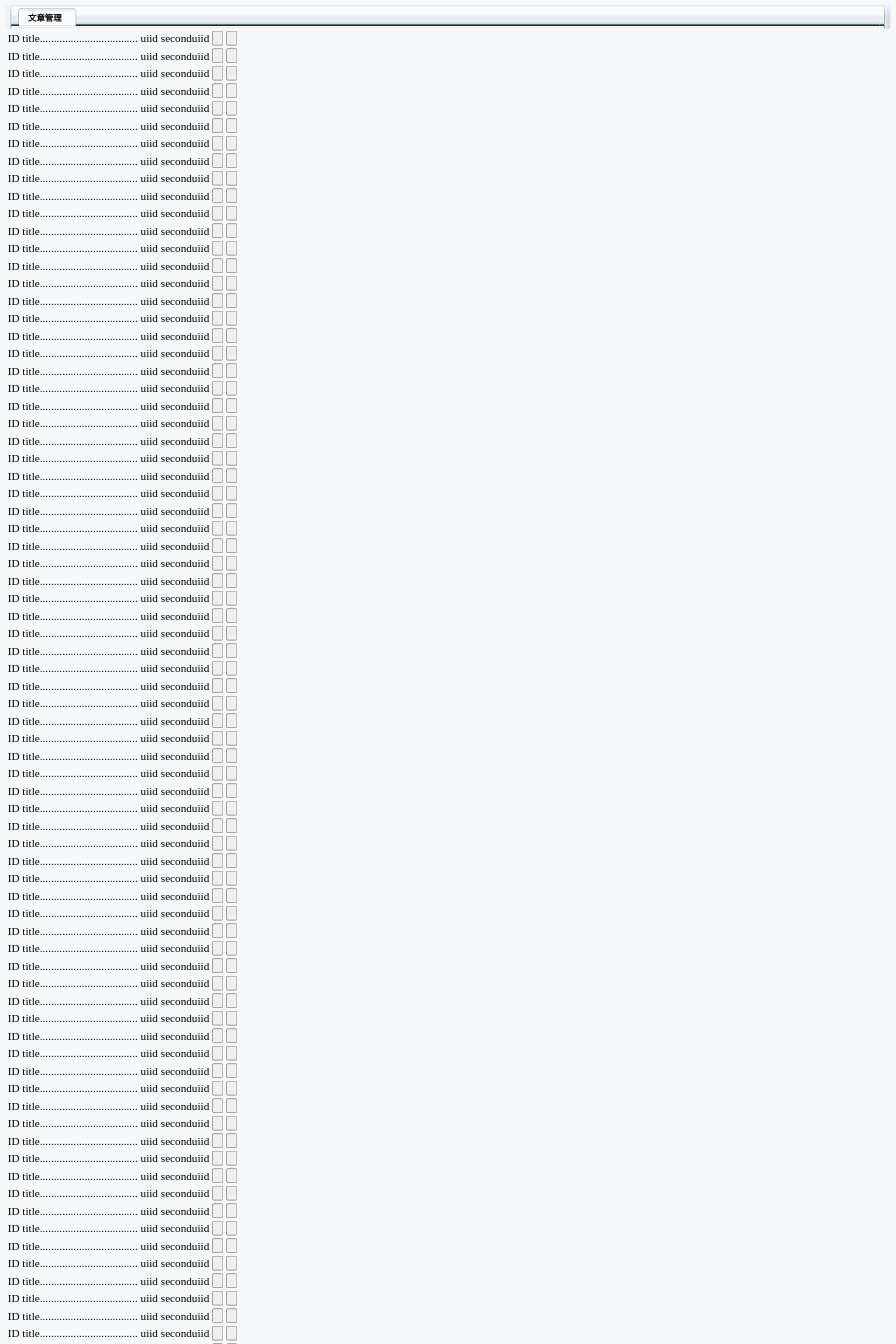
Repository: wzhcxw/shop
Page: ShopOnline/WebContent/admin/newslist.html
The author's editor kept a copy of each file at every save. The page is drawn from the files as they stood at one save, then again after the next save.
The browser window is 1280 px wide. The pictures show the part of the page from y = 0 to 1920 px (the page is 2572 px tall before and 720 px after), at 70% of full size.

Above is the page before, as saved 2014-09-23 19:34:14.
Console error: ReferenceError: $ is not defined

### ShopOnline/WebContent/admin/newslist.html
<!DOCTYPE html>
<!--
Copyright (c) 2003-2014, CKSource - Frederico Knabben. All rights reserved.
For licensing, see LICENSE.md or http://ckeditor.com/license
-->

<html>
<link href="../admin/images/skin.css" rel="stylesheet" type="text/css" />
<head>
<style  type="text/css">
	list{
                width:500px;
                height:150px;
                border:6px solid red;
	}

</style>
	<meta charset="utf-8">
	<script src="../js/json.js" ></script>
	<script>

	function addrow(){
		for(var i = 0 ; i < 100 ; i++)
		{
			var newTr = listtable.insertRow();
	        //添加两列
	        var newTd0 = newTr.insertCell();
	        var newTd1 = newTr.insertCell();
	        var newTd2 = newTr.insertCell();
	        var newTd3 = newTr.insertCell();
	        var newTd4 = newTr.insertCell();
	        var newTd5 = newTr.insertCell();

	        //设置列内容和属性
	        newTd0.innerHTML = '<div>ID</div>';
	        newTd1.innerHTML = '<div>title...................................</div>';
	        newTd2.innerHTML = '<div>uiid</div>';
	        newTd3.innerHTML = '<div>seconduiid</div>';
	        newTd4.innerHTML = '<input type=button width="50" id="box4">';
	        newTd5.innerHTML = '<input type=button width="50" id="box5">';
		}


		var url='./admin/news/getallnews.do?';
		$.get(url,function(data) {
			alert(data);
			if(data.flag=='0'){
				alert("wwwwww");
				//alert(data.datas);
				//var newsarrsy = data.datas;

				//var array = JSON.parse(newsarray);

				//for(var i = 0 ; i < array.length;i++)
				{


				}
			}
		});


	}




	</script>

</head>

<body bgcolor="#F7F8F9" id= mainbody onload ="addrow()" >

<table width="100%" border="0" cellpadding="0" cellspacing="0">
  <tr>
    <td width="17" valign="top" background="../admin/images/mail_leftbg.gif"><img src="../admin/images/left-top-right.gif" width="17" height="29" /></td>
    <td valign="top" background="../admin/images/content-bg.gif"><table width="100%" height="31" border="0" cellpadding="0" cellspacing="0" class="left_topbg" id="table2">
      <tr>
        <td height="31"><div class="titlebt">文章管理</div></td>
      </tr>
    </table></td>
    <td width="16" valign="top" background="../admin/images/mail_rightbg.gif"><img src="../admin/images/nav-right-bg.gif" width="16" height="29" /></td>
</table>

<table id = "listtable" class="list" >



</table>


<input type=button width="50" onclick="addrow()"  id="addbutton">
</body>

</html>

### ShopOnline/WebContent/js/json.js
/**
 *
 */

/*
    json2.js
    2014-02-04

    Public Domain.

    NO WARRANTY EXPRESSED OR IMPLIED. USE AT YOUR OWN RISK.

    See http://www.JSON.org/js.html


    This code should be minified before deployment.
    See http://javascript.crockford.com/jsmin.html

    USE YOUR OWN COPY. IT IS EXTREMELY UNWISE TO LOAD CODE FROM SERVERS YOU DO
    NOT CONTROL.


    This file creates a global JSON object containing two methods: stringify
    and parse.

        JSON.stringify(value, replacer, space)
            value       any JavaScript value, usually an object or array.

            replacer    an optional parameter that determines how object
                        values are stringified for objects. It can be a
                        function or an array of strings.

            space       an optional parameter that specifies the indentation
                        of nested structures. If it is omitted, the text will
                        be packed without extra whitespace. If it is a number,
                        it will specify the number of spaces to indent at each
                        level. If it is a string (such as '\t' or '&nbsp;'),
                        it contains the characters used to indent at each level.

            This method produces a JSON text from a JavaScript value.

            When an object value is found, if the object contains a toJSON
            method, its toJSON method will be called and the result will be
            stringified. A toJSON method does not serialize: it returns the
            value represented by the name/value pair that should be serialized,
            or undefined if nothing should be serialized. The toJSON method
            will be passed the key associated with the value, and this will be
            bound to the value

            For example, this would serialize Dates as ISO strings.

                Date.prototype.toJSON = function (key) {
                    function f(n) {
                        // Format integers to have at least two digits.
                        return n < 10 ? '0' + n : n;
                    }

                    return this.getUTCFullYear()   + '-' +
                         f(this.getUTCMonth() + 1) + '-' +
                         f(this.getUTCDate())      + 'T' +
                         f(this.getUTCHours())     + ':' +
                         f(this.getUTCMinutes())   + ':' +
                         f(this.getUTCSeconds())   + 'Z';
                };

            You can provide an optional replacer method. It will be passed the
            key and value of each member, with this bound to the containing
            object. The value that is returned from your method will be
            serialized. If your method returns undefined, then the member will
            be excluded from the serialization.

            If the replacer parameter is an array of strings, then it will be
            used to select the members to be serialized. It filters the results
            such that only members with keys listed in the replacer array are
            stringified.

            Values that do not have JSON representations, such as undefined or
            functions, will not be serialized. Such values in objects will be
            dropped; in arrays they will be replaced with null. You can use
            a replacer function to replace those with JSON values.
            JSON.stringify(undefined) returns undefined.

            The optional space parameter produces a stringification of the
            value that is filled with line breaks and indentation to make it
            easier to read.

            If the space parameter is a non-empty string, then that string will
            be used for indentation. If the space parameter is a number, then
            the indentation will be that many spaces.

            Example:

            text = JSON.stringify(['e', {pluribus: 'unum'}]);
            // text is '["e",{"pluribus":"unum"}]'


            text = JSON.stringify(['e', {pluribus: 'unum'}], null, '\t');
            // text is '[\n\t"e",\n\t{\n\t\t"pluribus": "unum"\n\t}\n]'

            text = JSON.stringify([new Date()], function (key, value) {
                return this[key] instanceof Date ?
                    'Date(' + this[key] + ')' : value;
            });
            // text is '["Date(---current time---)"]'


        JSON.parse(text, reviver)
            This method parses a JSON text to produce an object or array.
            It can throw a SyntaxError exception.

            The optional reviver parameter is a function that can filter and
            transform the results. It receives each of the keys and values,
            and its return value is used instead of the original value.
            If it returns what it received, then the structure is not modified.
            If it returns undefined then the member is deleted.

            Example:

            // Parse the text. Values that look like ISO date strings will
            // be converted to Date objects.

            myData = JSON.parse(text, function (key, value) {
                var a;
                if (typeof value === 'string') {
                    a =
/^(\d{4})-(\d{2})-(\d{2})T(\d{2}):(\d{2}):(\d{2}(?:\.\d*)?)Z$/.exec(value);
                    if (a) {
                        return new Date(Date.UTC(+a[1], +a[2] - 1, +a[3], +a[4],
                            +a[5], +a[6]));
                    }
                }
                return value;
            });

            myData = JSON.parse('["Date(09/09/2001)"]', function (key, value) {
                var d;
                if (typeof value === 'string' &&
                        value.slice(0, 5) === 'Date(' &&
                        value.slice(-1) === ')') {
                    d = new Date(value.slice(5, -1));
                    if (d) {
                        return d;
                    }
                }
                return value;
            });


    This is a reference implementation. You are free to copy, modify, or
    redistribute.
*/

/*jslint evil: true, regexp: true */

/*members "", "\b", "\t", "\n", "\f", "\r", "\"", JSON, "\\", apply,
    call, charCodeAt, getUTCDate, getUTCFullYear, getUTCHours,
    getUTCMinutes, getUTCMonth, getUTCSeconds, hasOwnProperty, join,
    lastIndex, length, parse, prototype, push, replace, slice, stringify,
    test, toJSON, toString, valueOf
*/


// Create a JSON object only if one does not already exist. We create the
// methods in a closure to avoid creating global variables.

if (typeof JSON !== 'object') {
    JSON = {};
}

(function () {
    'use strict';

    function f(n) {
        // Format integers to have at least two digits.
        return n < 10 ? '0' + n : n;
    }

    if (typeof Date.prototype.toJSON !== 'function') {

        Date.prototype.toJSON = function () {

            return isFinite(this.valueOf())
                ? this.getUTCFullYear()     + '-' +
                    f(this.getUTCMonth() + 1) + '-' +
                    f(this.getUTCDate())      + 'T' +
                    f(this.getUTCHours())     + ':' +
                    f(this.getUTCMinutes())   + ':' +
                    f(this.getUTCSeconds())   + 'Z'
                : null;
        };

        String.prototype.toJSON      =
            Number.prototype.toJSON  =
            Boolean.prototype.toJSON = function () {
                return this.valueOf();
            };
    }

    var cx,
        escapable,
        gap,
        indent,
        meta,
        rep;


    function quote(string) {

// If the string contains no control characters, no quote characters, and no
// backslash characters, then we can safely slap some quotes around it.
// Otherwise we must also replace the offending characters with safe escape
// sequences.

        escapable.lastIndex = 0;
        return escapable.test(string) ? '"' + string.replace(escapable, function (a) {
            var c = meta[a];
            return typeof c === 'string'
                ? c
                : '\\u' + ('0000' + a.charCodeAt(0).toString(16)).slice(-4);
        }) + '"' : '"' + string + '"';
    }


    function str(key, holder) {

// Produce a string from holder[key].

        var i,          // The loop counter.
            k,          // The member key.
            v,          // The member value.
            length,
            mind = gap,
            partial,
            value = holder[key];

// If the value has a toJSON method, call it to obtain a replacement value.

        if (value && typeof value === 'object' &&
                typeof value.toJSON === 'function') {
            value = value.toJSON(key);
        }

// If we were called with a replacer function, then call the replacer to
// obtain a replacement value.

        if (typeof rep === 'function') {
            value = rep.call(holder, key, value);
        }

// What happens next depends on the value's type.

        switch (typeof value) {
        case 'string':
            return quote(value);

        case 'number':

// JSON numbers must be finite. Encode non-finite numbers as null.

            return isFinite(value) ? String(value) : 'null';

        case 'boolean':
        case 'null':

// If the value is a boolean or null, convert it to a string. Note:
// typeof null does not produce 'null'. The case is included here in
// the remote chance that this gets fixed someday.

            return String(value);

// If the type is 'object', we might be dealing with an object or an array or
// null.

        case 'object':

// Due to a specification blunder in ECMAScript, typeof null is 'object',
// so watch out for that case.

            if (!value) {
                return 'null';
            }

// Make an array to hold the partial results of stringifying this object value.

            gap += indent;
            partial = [];

// Is the value an array?

            if (Object.prototype.toString.apply(value) === '[object Array]') {

// The value is an array. Stringify every element. Use null as a placeholder
// for non-JSON values.

                length = value.length;
                for (i = 0; i < length; i += 1) {
                    partial[i] = str(i, value) || 'null';
                }

// Join all of the elements together, separated with commas, and wrap them in
// brackets.

                v = partial.length === 0
                    ? '[]'
                    : gap
                    ? '[\n' + gap + partial.join(',\n' + gap) + '\n' + mind + ']'
                    : '[' + partial.join(',') + ']';
                gap = mind;
                return v;
            }

// If the replacer is an array, use it to select the members to be stringified.

            if (rep && typeof rep === 'object') {
                length = rep.length;
                for (i = 0; i < length; i += 1) {
                    if (typeof rep[i] === 'string') {
                        k = rep[i];
                        v = str(k, value);
                        if (v) {
                            partial.push(quote(k) + (gap ? ': ' : ':') + v);
                        }
                    }
                }
            } else {

// Otherwise, iterate through all of the keys in the object.

                for (k in value) {
                    if (Object.prototype.hasOwnProperty.call(value, k)) {
                        v = str(k, value);
                        if (v) {
                            partial.push(quote(k) + (gap ? ': ' : ':') + v);
                        }
                    }
                }
            }

// Join all of the member texts together, separated with commas,
// and wrap them in braces.

            v = partial.length === 0
                ? '{}'
                : gap
                ? '{\n' + gap + partial.join(',\n' + gap) + '\n' + mind + '}'
                : '{' + partial.join(',') + '}';
            gap = mind;
            return v;
        }
    }

// If the JSON object does not yet have a stringify method, give it one.

    if (typeof JSON.stringify !== 'function') {
        escapable = /[\\\"\x00-\x1f\x7f-\x9f\u00ad\u0600-\u0604\u070f\u17b4\u17b5\u200c-\u200f\u2028-\u202f\u2060-\u206f\ufeff\ufff0-\uffff]/g;
        meta = {    // table of character substitutions
            '\b': '\\b',
            '\t': '\\t',
            '\n': '\\n',
            '\f': '\\f',
            '\r': '\\r',
            '"' : '\\"',
            '\\': '\\\\'
        };
        JSON.stringify = function (value, replacer, space) {

// The stringify method takes a value and an optional replacer, and an optional
// space parameter, and returns a JSON text. The replacer can be a function
// that can replace values, or an array of strings that will select the keys.
// A default replacer method can be provided. Use of the space parameter can
// produce text that is more easily readable.

            var i;
            gap = '';
            indent = '';

// If the space parameter is a number, make an indent string containing that
// many spaces.

            if (typeof space === 'number') {
                for (i = 0; i < space; i += 1) {
                    indent += ' ';
                }

// If the space parameter is a string, it will be used as the indent string.

            } else if (typeof space === 'string') {
                indent = space;
            }

// If there is a replacer, it must be a function or an array.
// Otherwise, throw an error.

            rep = replacer;
            if (replacer && typeof replacer !== 'function' &&
                    (typeof replacer !== 'object' ||
                    typeof replacer.length !== 'number')) {
                throw new Error('JSON.stringify');
            }

// Make a fake root object containing our value under the key of ''.
// Return the result of stringifying the value.

            return str('', {'': value});
        };
    }


// If the JSON object does not yet have a parse method, give it one.

    if (typeof JSON.parse !== 'function') {
        cx = /[\u0000\u00ad\u0600-\u0604\u070f\u17b4\u17b5\u200c-\u200f\u2028-\u202f\u2060-\u206f\ufeff\ufff0-\uffff]/g;
        JSON.parse = function (text, reviver) {

// The parse method takes a text and an optional reviver function, and returns
// a JavaScript value if the text is a valid JSON text.

            var j;

            function walk(holder, key) {

// The walk method is used to recursively walk the resulting structure so
// that modifications can be made.

                var k, v, value = holder[key];
                if (value && typeof value === 'object') {
                    for (k in value) {
                        if (Object.prototype.hasOwnProperty.call(value, k)) {
                            v = walk(value, k);
                            if (v !== undefined) {
                                value[k] = v;
                            } else {
                                delete value[k];
                            }
                        }
                    }
                }
                return reviver.call(holder, key, value);
            }


// Parsing happens in four stages. In the first stage, we replace certain
// Unicode characters with escape sequences. JavaScript handles many characters
// incorrectly, either silently deleting them, or treating them as line endings.

            text = String(text);
            cx.lastIndex = 0;
            if (cx.test(text)) {
                text = text.replace(cx, function (a) {
                    return '\\u' +
                        ('0000' + a.charCodeAt(0).toString(16)).slice(-4);
                });
            }

// In the second stage, we run the text against regular expressions that look
// for non-JSON patterns. We are especially concerned with '()' and 'new'
// because they can cause invocation, and '=' because it can cause mutation.
// But just to be safe, we want to reject all unexpected forms.

// We split the second stage into 4 regexp operations in order to work around
// crippling inefficiencies in IE's and Safari's regexp engines. First we
// replace the JSON backslash pairs with '@' (a non-JSON character). Second, we
// replace all simple value tokens with ']' characters. Third, we delete all
// open brackets that follow a colon or comma or that begin the text. Finally,
// we look to see that the remaining characters are only whitespace or ']' or
// ',' or ':' or '{' or '}'. If that is so, then the text is safe for eval.

            if (/^[\],:{}\s]*$/
                    .test(text.replace(/\\(?:["\\\/bfnrt]|u[0-9a-fA-F]{4})/g, '@')
                        .replace(/"[^"\\\n\r]*"|true|false|null|-?\d+(?:\.\d*)?(?:[eE][+\-]?\d+)?/g, ']')
                        .replace(/(?:^|:|,)(?:\s*\[)+/g, ''))) {

// In the third stage we use the eval function to compile the text into a
// JavaScript structure. The '{' operator is subject to a syntactic ambiguity
// in JavaScript: it can begin a block or an object literal. We wrap the text
// in parens to eliminate the ambiguity.

                j = eval('(' + text + ')');

// In the optional fourth stage, we recursively walk the new structure, passing
// each name/value pair to a reviver function for possible transformation.

                return typeof reviver === 'function'
                    ? walk({'': j}, '')
                    : j;
            }

// If the text is not JSON parseable, then a SyntaxError is thrown.

            throw new SyntaxError('JSON.parse');
        };
    }
}());

Loaded but not shown: ShopOnline/WebContent/admin/images/skin.css (common file)

After the next save:
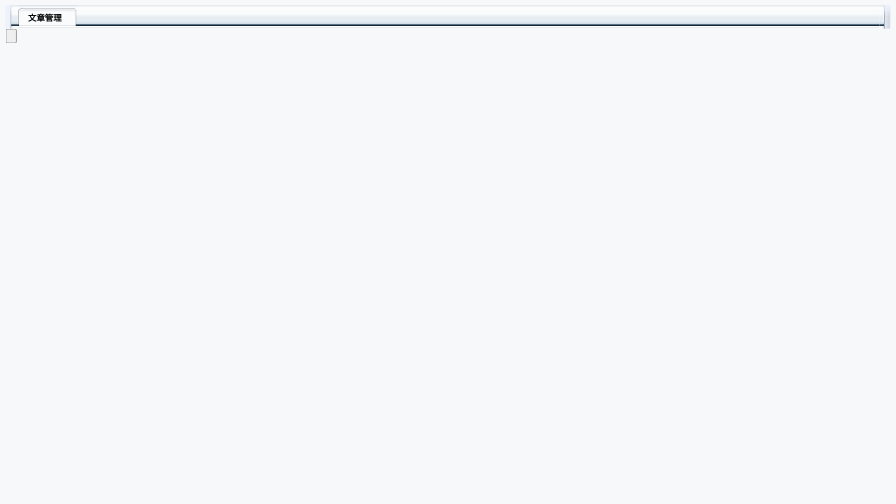
Console error: SyntaxError: missing ) after argument list
Saved 45 s later.
--- a/ShopOnline/WebContent/admin/newslist.html
+++ b/ShopOnline/WebContent/admin/newslist.html
@@ -43,8 +43,8 @@ For licensing, see LICENSE.md or http://ckeditor.com/license
 
 		var url='./admin/news/getallnews.do?';
 		$.get(url,function(data) {
-			alert(data);
-			if(data.flag=='0'){
+			//alert(data);
+			//if(data.flag=='0'){
 				alert("wwwwww");
 				//alert(data.datas);
 				//var newsarrsy = data.datas;

After the save that followed:
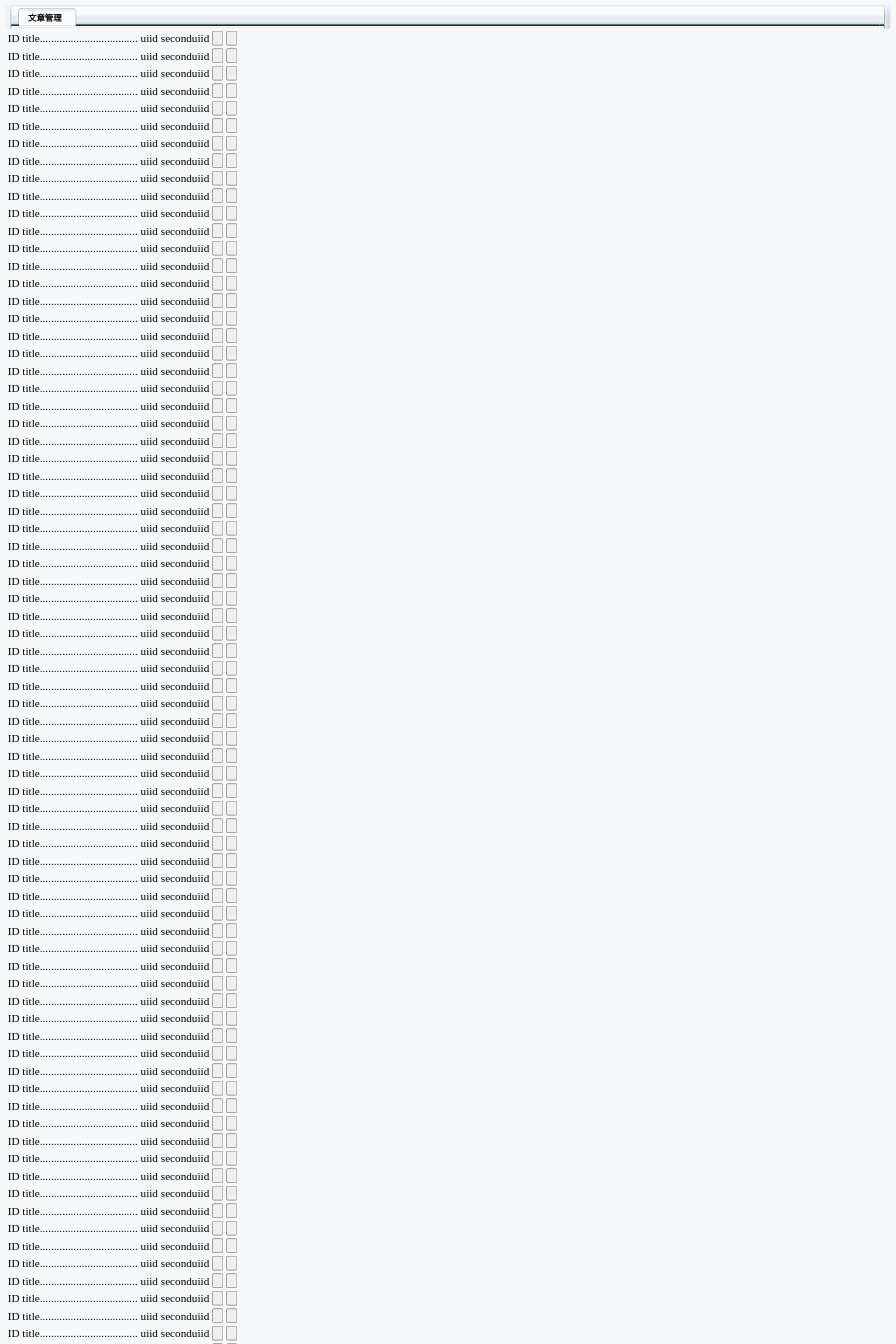
Console error: ReferenceError: $ is not defined
Saved 69 s later.
--- a/ShopOnline/WebContent/admin/newslist.html
+++ b/ShopOnline/WebContent/admin/newslist.html
@@ -52,11 +52,11 @@ For licensing, see LICENSE.md or http://ckeditor.com/license
 				//var array = JSON.parse(newsarray);
 
 				//for(var i = 0 ; i < array.length;i++)
-				{
+				//{
 
 
-				}
-			}
+				//}
+			//}
 		});
 
 
